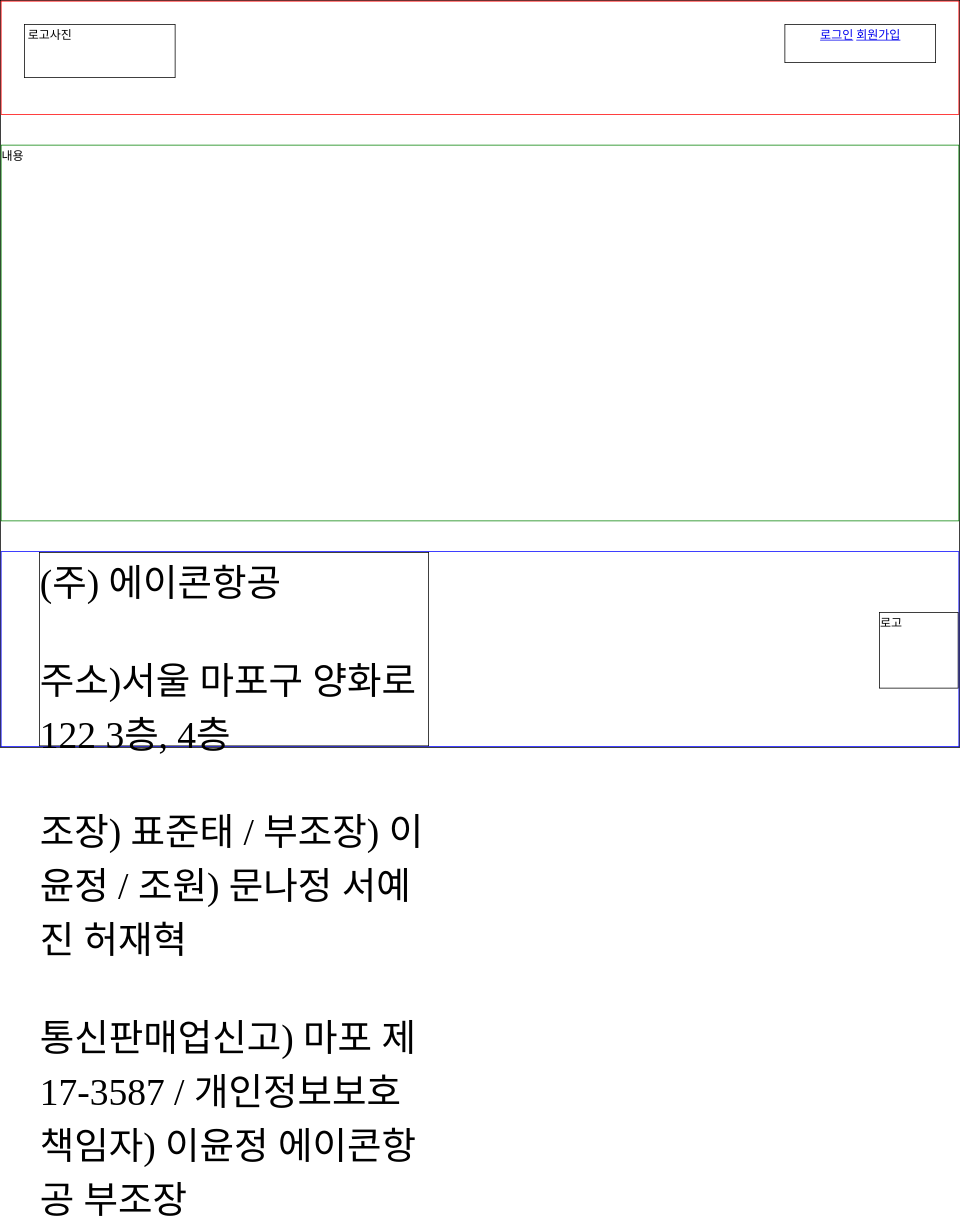
Repository: juntae710/Acorn_AirlineReservation_Project
Page: http://localhost/prj3_1/WEB-INF/views/h_index.jsp
An editor plug-in stored every save of this project. The page is shown before and after the next save, followed by the edit.
The browser window is 1280 px wide. The pictures show the whole page, at 75% of full size.
The page is served by Tomcat 9. Nobody is signed in. The template is opened directly, without the code that normally fills it, so the values that code supplies are empty.

Above is the page before, as saved 2023-09-20 01:20:38.

After the next save:
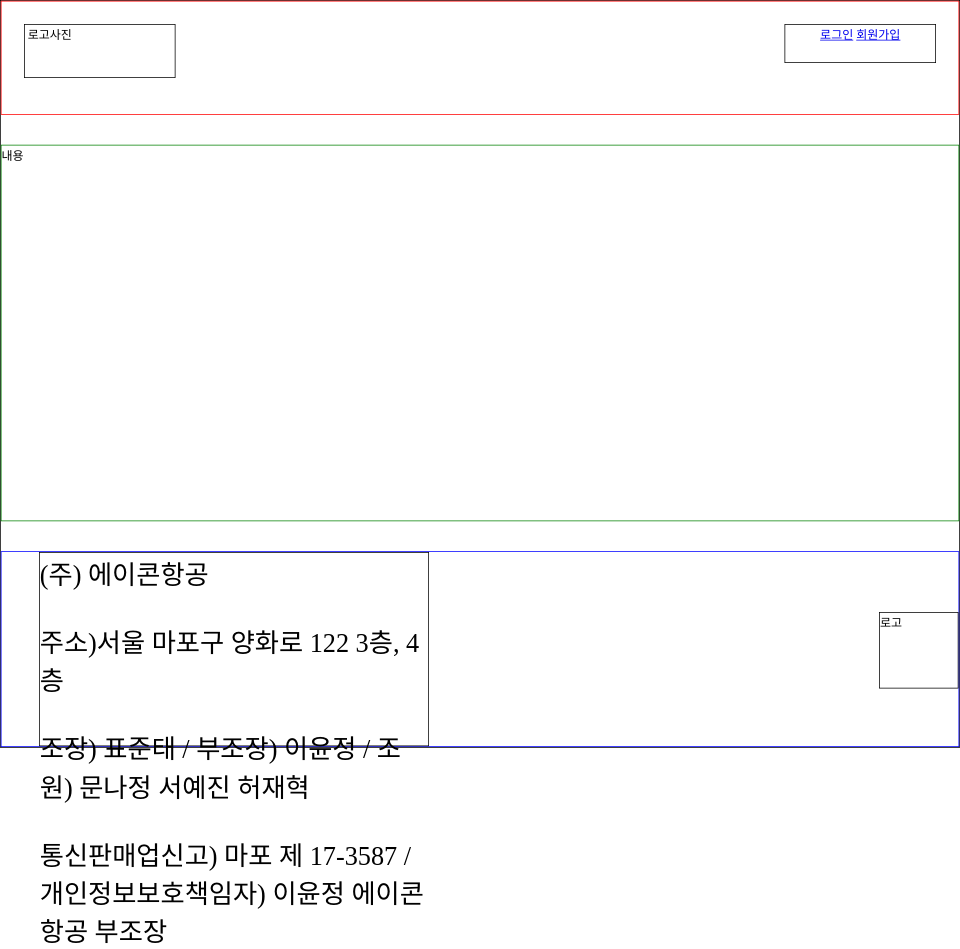
Saved 6 s later.
--- a/Eclipse/prj3_1/src/main/webapp/WEB-INF/views/h_index.jsp
+++ b/Eclipse/prj3_1/src/main/webapp/WEB-INF/views/h_index.jsp
@@ -58,7 +58,7 @@ footer {
 border: 1px solid black;
 margin-left: 50px;
 width: 1000px;
-font-size: 50px;
+font-size: 35px;
 
 
 }
